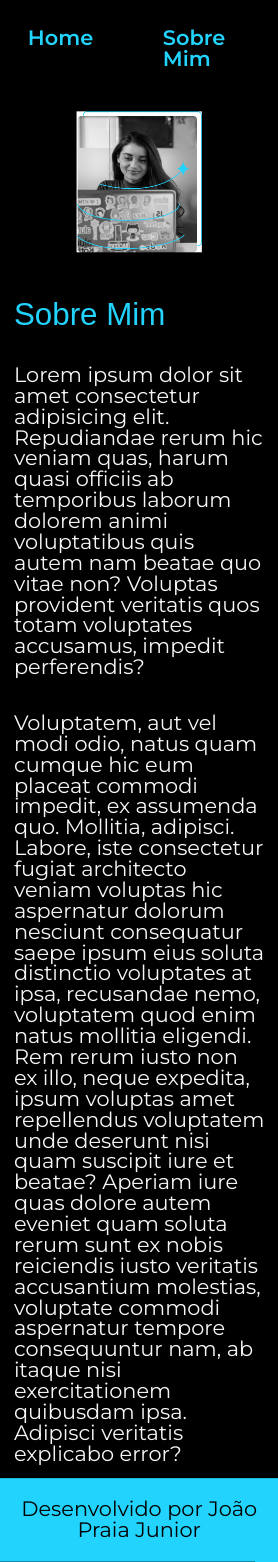
Repository: joaoPraiaJunior/html-basico
Page: about.html
These files come from the project's save history. The page is drawn as it stood at one moment and after the next save; the edit follows.
The browser window is 320 px wide. The pictures show the whole page, at 87% of full size.
Some web fonts or font styles are not loaded; a fallback is used. Some web libraries are served in a nearby version.

Above is the page before, as saved 2024-06-08 16:46:16.

After the next save:
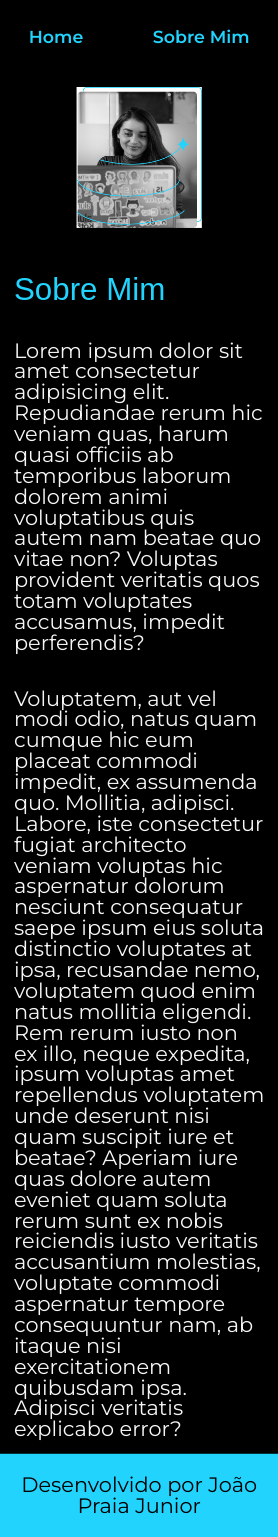
Saved 2 min 31 s later.
--- a/css/style.css
+++ b/css/style.css
@@ -130,6 +130,13 @@
   text-align: center;
 }
 
+@media (max-width: 320px) {
+  .cabecalho__link {
+    font-size: 2rem;
+
+  }
+}
+
 @media (max-width: 1200px) {
   .cabecalho {
     padding: 10%;
